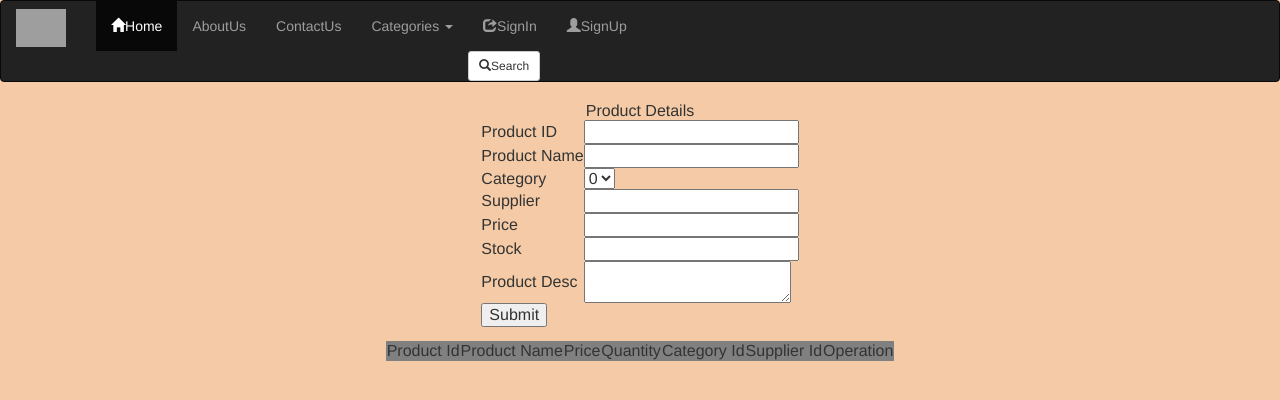
Repository: ananthi024/Java-Programs
Page: http://localhost/ClassyMissyFrontend/WEB-INF/views/Product.jsp
An editor plug-in stored every save of this project. The page is shown before and after the next save, followed by the edit.
The browser window is 1280 px wide. The pictures show the whole page.
Pictures or frames that could not be fetched are drawn as grey boxes. Some web libraries are served in a nearby version. The page is served by Tomcat 9. Nobody is signed in. The template is opened directly, without the code that normally fills it, so the values that code supplies are empty.

Above is the page before, as saved 2017-06-25 22:53:15.
Console error (its wording comes from the project's code and is left out).

After the next save:
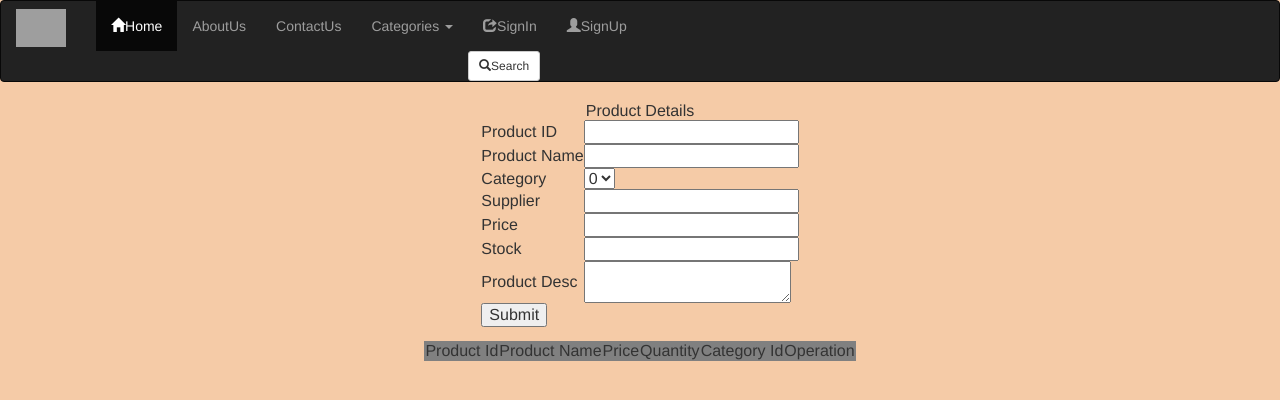
Saved 15 s later.
--- a/MyProject-29.06.2017/ClassyMissyFrontend/src/main/webapp/WEB-INF/views/Product.jsp
+++ b/MyProject-29.06.2017/ClassyMissyFrontend/src/main/webapp/WEB-INF/views/Product.jsp
@@ -58,7 +58,6 @@
 <td>Price</td>
 <td>Quantity</td>
 <td>Category Id</td>
-<td>Supplier Id</td>
 <td>Operation</td>
 </tr>
 <c:forEach items="${prodlist}" var="product">
